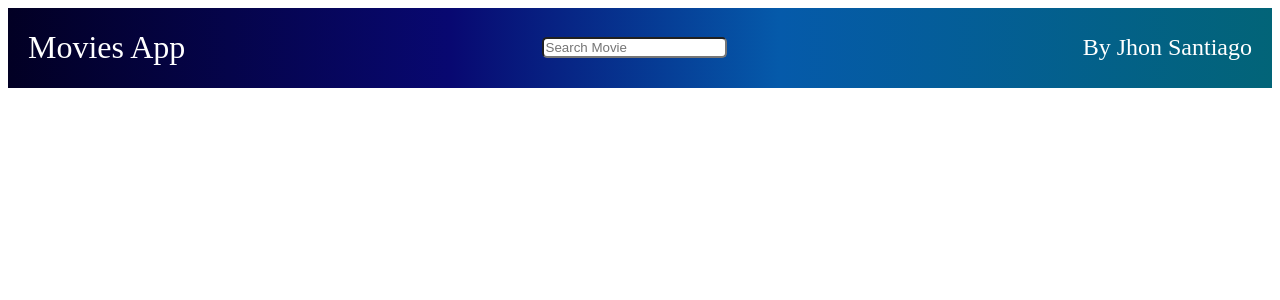
Repository: jhonenmanuel1/movies-get-info-fetch
Page: /
These files come from the project's save history. The page is drawn as it stood at one moment and after the next save; the edit follows.
The browser window is 1280 px wide. The pictures show the whole page.
The page's requests for data from a server got no answer. The project was rebuilt for these pictures with package versions that can differ from the ones it lists, and the page was loaded fresh each time. No one was signed in, and anything a server would have sent is missing. Also part of the build but not shown: src/App.css.

Above is the page before, as saved 2022-06-15 22:40:21.

### src/App.js
import { useEffect, useState } from "react";
import logo from "./logo.svg";
import "./App.css";
import MoviesCard from "./components/moviescard";
import SearchBox from "./components/searchbox";
import MovieHeader from "./components/MovieHeader";

function App() {
  const [movies, setMovies] = useState([]);
  const [searchItem, setSearchItem]= useState('');

  const getMovie = async () => {
    const API = `http://www.omdbapi.com/?s=${searchItem}&apikey=7088e24d`;

    const response = await fetch(API);
    const responseJson = await response.json();
    console.log(searchItem)

    if(responseJson.Search){
      setMovies(responseJson.Search)

    }



  };
  getMovie();

  useEffect(() => {
    getMovie();

  }, [searchItem]);

  return (
    <>
    <div>
      <MovieHeader searchItem={searchItem} setSearchItem={setSearchItem}/>

    </div>
    <div>
    <MoviesCard  movies={movies} />

    </div>

    </>
  );
}

export default App;

### src/components/moviescard.js

export default function MoviesCard(props){
    return (
        <>
            {
                props.movies.map( (movie, index) =><div>
                    <img key={index} src={movie.Poster}></img>
                </div>)
            }
        </>
    )

}

### src/components/searchbox.js
import "../styles/searchbox.css";


export default function SearchBox(props){
    return<>
        <input
        className="search-input"
        value={props.value}
        onChange={(event)=> props.setSearchItem(event.target.value)}
         placeholder="Search Movie"></input>
    </>
}

### src/components/MovieHeader.js
import React from "react";
import SearchBox from "./searchbox";
import '../styles/MovieHeader.css'
export default function MovieHeader(props) {
  return (
    < >
      <div className="container-header">
      <div className="wraper-header">
      <h1 className="text-title">Movies App</h1>
        <SearchBox
          searchItem={props.searchItem}
          setSearchItem={props.setSearchItem}
        />
        <h2 className="text-title">By Jhon Santiago</h2>

      </div>

      </div>
    </>
  );
}

### src/styles/searchbox.css
.search-input {
    border-radius: 5px;
}

### src/styles/MovieHeader.css
.container-header {
  background: rgb(2, 0, 36);
  background: linear-gradient(
    90deg,
    rgba(2, 0, 36, 1) 0%,
    rgba(8, 8, 113, 1) 35%,
    rgba(5, 90, 170, 1) 61%,
    rgba(2, 100, 120, 1) 100%
  );
}
.wraper-header {
  color: white;
  display: flex;
  align-items: center;
  justify-content: center;
  justify-content: space-between;
  margin-right: 20px;
  margin-left: 20px;
}
.text-title {
    text-decoration: none;
    font-weight: normal;
}

Loaded but not shown: public/index.html (common file); src/index.js (common file)

After the next save:
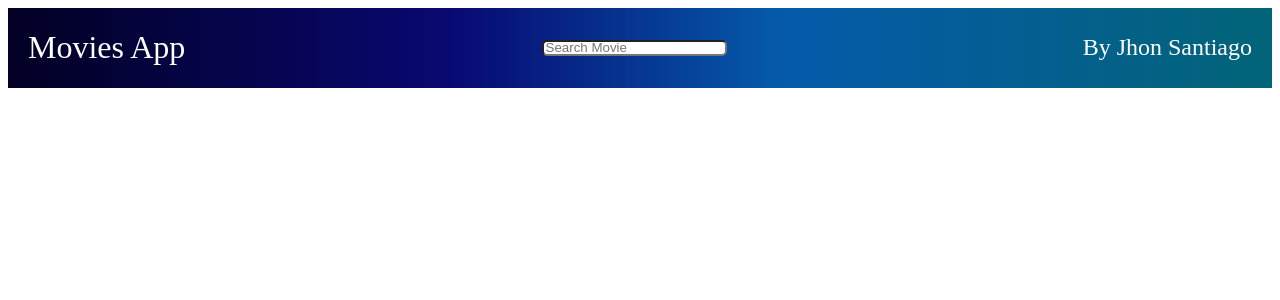
Saved 10 s later.
--- a/src/styles/searchbox.css
+++ b/src/styles/searchbox.css
@@ -1,3 +1,4 @@
 .search-input {
     border-radius: 5px;
+    height: 10px;
 }
